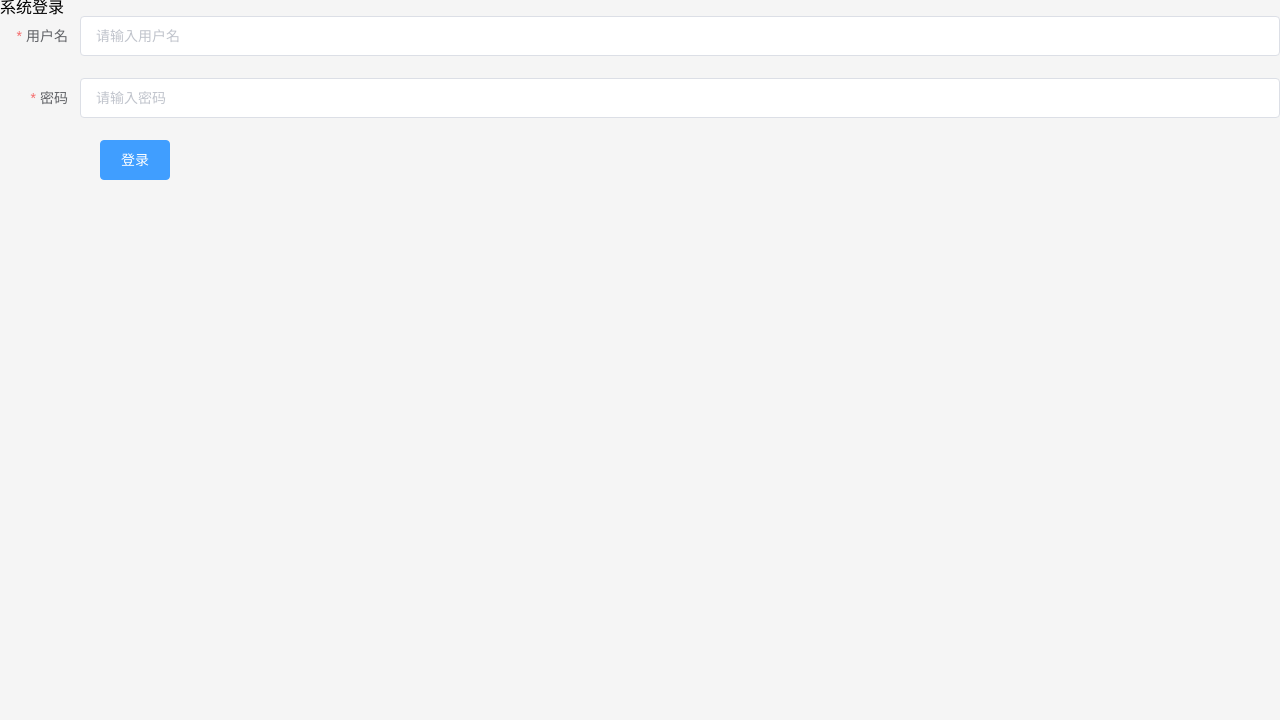
Repository: erwtt/git-demo
Page: /login (app in 后台管理系统/)
The author's editor kept a copy of each file at every save. The page is drawn from the files as they stood at one save, then again after the next save.
The browser window is 1280 px wide. The pictures show the whole page.
The project was rebuilt for these pictures with package versions that can differ from the ones it lists, and the page was loaded fresh each time. Also part of the build but not shown: 后台管理系统/vue.config.js, 后台管理系统/src/components/CommonAside.vue, 后台管理系统/src/components/CommonHeader.vue, 后台管理系统/src/components/CommonTag.vue, 后台管理系统/src/views/main.vue.

Above is the page before, as saved 2022-05-19 20:26:17.

### 后台管理系统/src/main.js
import Vue from 'vue'
import App from './App.vue'
import{Container,Main,Header,Aside} from 'element-ui'
import ElementUI from 'element-ui';
import 'element-ui/lib/theme-chalk/index.css';
import router from './router'
import './assets/less/index.less'
import store from './store'
import http from 'axios'
import '../api/mock.js'
import echarts from 'echarts'
Vue.prototype.$echarts = echarts

Vue.config.productionTip = false
Vue.use(ElementUI)
// Vue.use(Container)
// Vue.use(Main)
// Vue.use(Header)
// Vue.use(Aside)
Vue.prototype.$http = http

new Vue({
  router,
  store,
  render: h => h(App),
}).$mount('#app')

### 后台管理系统/src/App.vue
<template>
  <div>
    <router-view></router-view>
  </div>
</template>

<script>

export default {
  name:'app',

}

</script>

<style>
  html,body{
    margin:0;
    padding: 0;
  }
</style>

### 后台管理系统/src/router/index.js
import Vue from 'vue'
import VueRouter from 'vue-router'
import Main from '../views/main.vue'

Vue.use(VueRouter)
const routes = [{
    path:'/',
    name:'Main',
    component:Main,
    children:[
        {
            path:'/home',
            name:'home',
            component:() => import('../views/home')
        },
        {
            path:'/user',
            name:'user',
            component:() => import('../views/user')
        },
        {
            path:'/mall',
            name:'mall',
            component:() => import('../views/mall')
        },
        {
            path:'/page1',
            name:'page1',
            component:() => import('../views/other/page1')
        },
        {
            path:'/page2',
            name:'page2',
            component:() => import('../views/other/page2')
        }
    ]
},
    {
        path:'/login',
        name:'login',
        component:() => import('../views/login/login.vue')
    }
]

export default new VueRouter({
    mode:'history',
    routes
})

### 后台管理系统/src/store/index.js
import Vue from 'vue'
import Vuex from 'vuex'
import tab from './tab'
Vue.use(Vuex)


export default new Vuex.Store({
    modules:{
        tab
    }
})

### 后台管理系统/api/mock.js
import Mock from 'mockjs'
import homeApi from './mockServeData/home.js'
import userApi from './mockServeData/user'

Mock.mock('/api/home/getData',homeApi.getStatisticalData)
Mock.mock(/api\/user\/add/,'post',userApi.createUser)               // '\'表示反转义，表明后面是字符串
Mock.mock(/api\/user\/edit/,'post',userApi.updateUser)
Mock.mock(/api\/user\/getUser/,'get',userApi.getUserList)
Mock.mock(/api\/user\/del/,'post',userApi.deleteUser)

### 后台管理系统/src/views/login/login.vue
<template>
    <el-form
        :model="form"
        status-icon
        :rules="rules"
        ref="form"
        label-width="100px"
        class="login_container"
    >
    <h3 class="login-title">系统登录</h3>
    <el-form-item
        label="用户名"
        label-width="80px"
        prop="username"
        class="username"
    >
        <el-input
            type="input"
            v-model="form.username"
            auto-complete="off"
            placeholder="请输入用户名"
        ></el-input>
    </el-form-item>
        <el-form-item
        label="密码"
        label-width="80px"
        prop="username"
        class="username"
    >
        <el-input
            type="password"
            v-model="form.password"
            auto-complete="off"
            placeholder="请输入密码"
        ></el-input>
    </el-form-item>
    <el-form-item class="login_submit">
        <el-button
            type='primary'
            @click="login"
            class="login_submit"
         >登录</el-button>
    </el-form-item>
    </el-form>
</template>

<script>
export default {
    name:'login',
    data(){
        return{
            form:{

            },
            rules:{
                username:[
                    {
                        required:true,message:'请输入用户名',trigger:'blur'
                    },
                    {
                        min:3,message:'用户名长度不能少于三位',trigger:'blur'
                    }
                ],
                 password:[
                     {required:true,message:'请输入密码',trigger:'blur'}
                 ]
            }
        }
    },
    methods:{
        login(){

        }
    }
}
</script>

<style>

</style>

### 后台管理系统/src/assets/less/home.less
.home {
    .user {
      display: flex;
      align-items: center;
      padding-bottom: 20px;
      margin-bottom: 20px;
      border-bottom: 1px solid #ccc;
      img {
        width: 150px;
        height: 150px;
        border-radius: 50%;
        margin-right: 40px;
      }
      &info {
        .name {
          font-size: 32px;
          margin-bottom: 10px;
        }
        .access {
          color: #999999;
        }
      }
    }
    .login-info {
      p {
        line-height: 28px;
        font-size: 14px;
        color: #999999;
        span {
          color: #666666;
          margin-left: 60px;
        }
      }
    }
    .num {
      display: flex;
      flex-wrap: wrap;
      justify-content: space-between;
      .el-card {
        width: 32%;
        margin-bottom: 20px;
      }
      .icon {
        font-size: 30px;
        width: 80px;
        height: 60px;
        text-align: center;
        line-height: 60px;
        color: #fff;
      }
      .detail {
        margin-left: 15px;
        display: flex;
        flex-direction: column;
        justify-content: center;
        .num {
          font-size: 30px;
          margin-bottom: 10px;
        }
        .txt {
          font-size: 14px;
          text-align: center;
          color: #999999;
        }
      }
    }
    .graph {
      margin-top: 20px;
      display: flex;
      justify-content: space-between;
      .el-card {
        width: 48%;
      }
    }
  }

### 后台管理系统/src/store/tab.js
//import request from '@/api'

export default{
    namespaced:true,
    state:{
        isCollapse: false,
        tabsList:[
            {
                path:'/home',
                name:'home',
                label:'首页',
                icon:'home'
            }
        ],
        currentMenu: null,
        login: {}
    },
    mutations:{
        collapseMenu(state){
            state.isCollapse = !state.isCollapse
        },
        selectMenu(state, val){
            if(val.name != 'home'){
                state.currentMenu = val
                const result = state.tabsList.findIndex(item => item.name === val.name)
                if(result === -1)
                    state.tabsList.push(val)
            }
            else{
                state.currentMenu = null
            }
        },
        closeTag(state, val){
            const result = state.tabsList.findIndex(item => item.name === val.name)
            if(result !== -1){
                state.tabsList.splice(result,1)
            }
        },
        // login(state, res){
        //     state.login = res
        // }
    },
    // actions:{
    //     login({commit}){
    //         request.login().then((res)=>{
    //             commit('login', res)
    //         })

    //     }
    // }
}

### 后台管理系统/api/mockServeData/home.js
// mock数据模拟
import Mock from 'mockjs'

// 图表数据
let List = []
export default {
  getStatisticalData: () => {
    //Mock.Random.float 产生随机数100到8000之间 保留小数 最小0位 最大0位
    for (let i = 0; i < 7; i++) {
      List.push(
        Mock.mock({
          苹果: Mock.Random.float(100, 8000, 0, 0),
          vivo: Mock.Random.float(100, 8000, 0, 0),
          oppo: Mock.Random.float(100, 8000, 0, 0),
          魅族: Mock.Random.float(100, 8000, 0, 0),
          三星: Mock.Random.float(100, 8000, 0, 0),
          小米: Mock.Random.float(100, 8000, 0, 0)
        })
      )
    }
    return {
      code: 20000,
      data: {
        // 饼图
        videoData: [
          {
            name: '小米',
            value: 2999
          },
          {
            name: '苹果',
            value: 5999
          },
          {
            name: 'vivo',
            value: 1500
          },
          {
            name: 'oppo',
            value: 1999
          },
          {
            name: '魅族',
            value: 2200
          },
          {
            name: '三星',
            value: 4500
          }
        ],
        // 柱状图
        userData: [
          {
            date: '周一',
            new: 5,
            active: 200
          },
          {
            date: '周二',
            new: 10,
            active: 500
          },
          {
            date: '周三',
            new: 12,
            active: 550
          },
          {
            date: '周四',
            new: 60,
            active: 800
          },
          {
            date: '周五',
            new: 65,
            active: 550
          },
          {
            date: '周六',
            new: 53,
            active: 770
          },
          {
            date: '周日',
            new: 33,
            active: 170
          }
        ],
        // 折线图
        orderData: {
          date: ['20191001', '20191002', '20191003', '20191004', '20191005', '20191006', '20191007'],
          data: List
        },
        tableData: [
          {
            name: 'oppo',
            todayBuy: 500,
            monthBuy: 3500,
            totalBuy: 22000
          },
          {
            name: 'vivo',
            todayBuy: 300,
            monthBuy: 2200,
            totalBuy: 24000
          },
          {
            name: '苹果',
            todayBuy: 800,
            monthBuy: 4500,
            totalBuy: 65000
          },
          {
            name: '小米',
            todayBuy: 1200,
            monthBuy: 6500,
            totalBuy: 45000
          },
          {
            name: '三星',
            todayBuy: 300,
            monthBuy: 2000,
            totalBuy: 34000
          },
          {
            name: '魅族',
            todayBuy: 350,
            monthBuy: 3000,
            totalBuy: 22000
          }
        ]
      }
    }
  }
}

### 后台管理系统/api/mockServeData/user.js
import Mock from 'mockjs'

// get请求从config.url获取参数，post从config.body中获取参数
function param2Obj (url) {
    console.log(url)
  const search = url.split('?')[1]
  if (!search) {
    return {}
  }
  return JSON.parse(
    '{"' +
    decodeURIComponent(search)
      .replace(/"/g, '\\"')
      .replace(/&/g, '","')
      .replace(/=/g, '":"') +
    '"}'
  )
}

let List = []
const count = 200

for (let i = 0; i < count; i++) {
  List.push(
    Mock.mock({
      id: Mock.Random.guid(),
      name: Mock.Random.cname(),
      addr: Mock.mock('@county(true)'),
      'age|18-60': 1,
      birth: Mock.Random.date(),
      sex: Mock.Random.integer(0, 1)
    })
  )
}

export default {
  /**
   * 获取列表
   * 要带参数 name, page, limt; name可以不填, page,limit有默认值。
   * @param name, page, limit
   * @return {{code: number, count: number, data: *[]}}
   */
  getUserList: config => {
    const { name, page = 1, limit = 7 } = param2Obj(config.url)
    console.log(config)
    console.log('name:' + name, 'page:' + page, '分页大小limit:' + limit)
    const mockList = List.filter(user => {
      if (name && user.name.indexOf(name) === -1 && user.addr.indexOf(name) === -1) return false
      return true
    })
    const pageList = mockList.filter((item, index) => index < limit * page && index >= limit * (page - 1))
    return {
      code: 20000,
      count: mockList.length,
      list: pageList
    }
  },
  /**
   * 增加用户
   * @param name, addr, age, birth, sex
   * @return {{code: number, data: {message: string}}}
   */
  createUser: config => {
    const { name, addr, age, birth, sex } = JSON.parse(config.body)
    console.log(JSON.parse(config.body))
    List.unshift({
      id: Mock.Random.guid(),
      name: name,
      addr: addr,
      age: age,
      birth: birth,
      sex: sex
    })
    return {
      code: 20000,
      data: {
        message: '添加成功'
      }
    }
  },
  /**
   * 删除用户
   * @param id
   * @return {*}
   */
  deleteUser: config => {
    const { id } = param2Obj(config.url)
    if (!id) {
      return {
        code: -999,
        message: '参数不正确'
      }
    } else {
      List = List.filter(u => u.id !== id)
      console.log(List)
      return {
        code: 20000,
        message: '删除成功'
      }
    }
  },
  /**
   * 批量删除
   * @param config
   * @return {{code: number, data: {message: string}}}
   */
  batchremove: config => {
    let { ids } = param2Obj(config.url)
    ids = ids.split(',')
    List = List.filter(u => !ids.includes(u.id))
    return {
      code: 20000,
      data: {
        message: '批量删除成功'
      }
    }
  },
  /**
   * 修改用户
   * @param id, name, addr, age, birth, sex
   * @return {{code: number, data: {message: string}}}
   */
  updateUser: config => {
    const { id, name, addr, age, birth, sex } = JSON.parse(config.body)
    const sex_num = parseInt(sex)
    List.some(u => {
      if (u.id === id) {
        u.name = name
        u.addr = addr
        u.age = age
        u.birth = birth
        u.sex = sex_num
        return true
      }
    })
    return {
      code: 20000,
      data: {
        message: '编辑成功'
      }
    }
  }
}

Loaded but not shown: 后台管理系统/public/index.html (common file); 后台管理系统/src/assets/less/index.less (common file); 后台管理系统/src/assets/less/common.less (common file); 后台管理系统/src/assets/less/reset.less (common file)

After the next save:
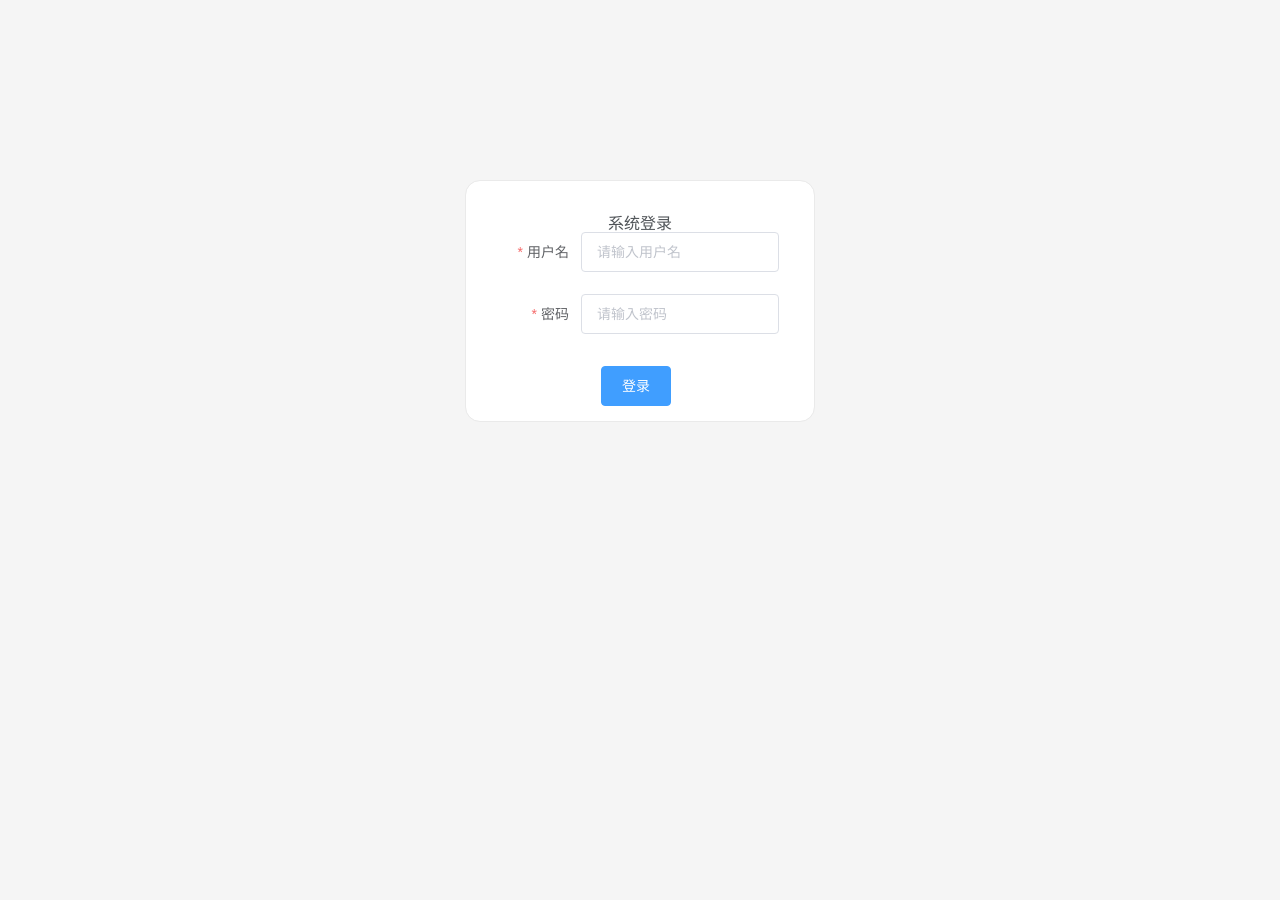
Saved 9 min 1 s later.
--- a/后台管理系统/src/views/login/login.vue
+++ b/后台管理系统/src/views/login/login.vue
@@ -7,7 +7,7 @@
         label-width="100px"
         class="login_container"
     >
-    <h3 class="login-title">系统登录</h3>
+    <h3 class="login_title">系统登录</h3>
     <el-form-item
         label="用户名"
         label-width="80px"
@@ -75,6 +75,23 @@ export default {
 }
 </script>
 
-<style>
-
+<style lang="less" scoped>
+    .login_container{
+        border-radius: 15px;
+        background-clip: padding-box;
+        margin:180px auto;
+        width: 350px;
+        padding:35px 35px 15px 35px;
+        background-color:#fff;
+        border:1px solid #eaeaea;
+        box-shadow: #cac6c6;
+    }
+    .login_title{
+        margin:0px,auto,40px,auto;
+        text-align: center;
+        color:#505458;
+    }
+    .login_submit{
+        margin:10px auto 0 auto
+    }
 </style>
